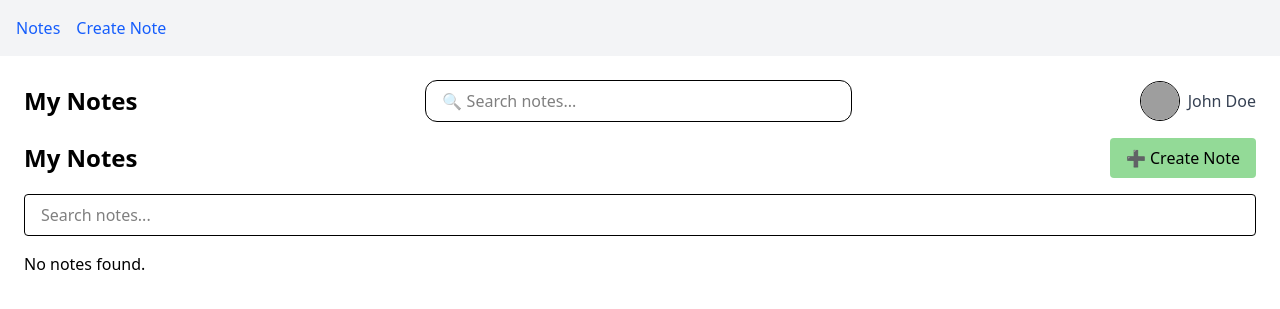
Repository: pin-seavmuy/NoteApplication
Page: / (app in note-vue/)
An editor plug-in stored every save of this project. The page is shown before and after a run of saves, followed by the edit.
The browser window is 1280 px wide. The pictures show the whole page.
Pictures or frames that could not be fetched are drawn as grey boxes. The page's requests for data from a server got no answer. The project was rebuilt for these pictures with package versions that can differ from the ones it lists, and the page was loaded fresh each time. No one was signed in, and anything a server would have sent is missing. Also part of the build but not shown: note-vue/vite.config.ts, note-vue/src/components/NoteWrapper.vue, note-vue/src/views/CreateNote.vue, note-vue/src/views/NoteDetail.vue, note-vue/src/views/UpdateNote.vue.

Above is the page before, as saved 2025-09-16 11:13:01.

After the next 2 saves:
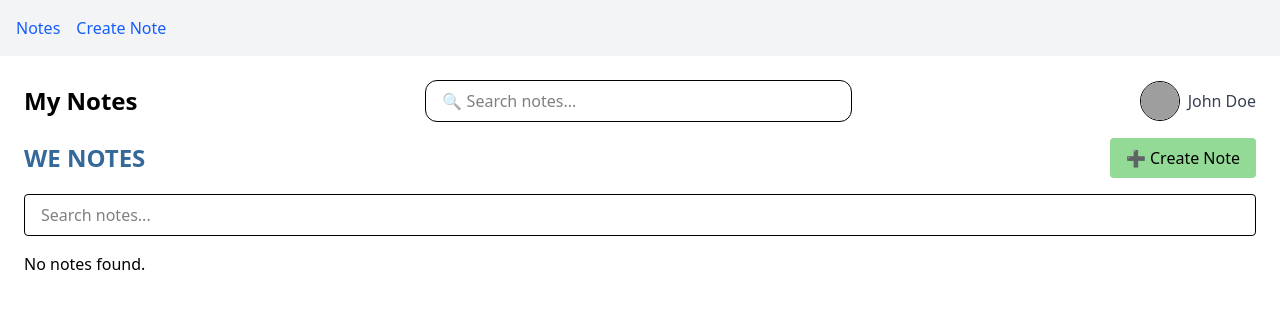
The 2 saves are shown as one change because they came seconds apart.
The last was saved 6 s later.
--- a/note-vue/src/views/NotesList.vue
+++ b/note-vue/src/views/NotesList.vue
@@ -21,7 +21,8 @@
     </div>
 
     <div class="flex items-center justify-between mb-4">
-      <h1 class="text-2xl font-bold">My Notes</h1>
+
+      <router-link to="/" class="text-2xl font-bold flex-shrink-0 hover:underline" style="color: #34699A;">WE NOTES</router-link>
       <router-link
         to="/create"
         class="text-base px-4 py-2 rounded text-black hover:brightness-90"
